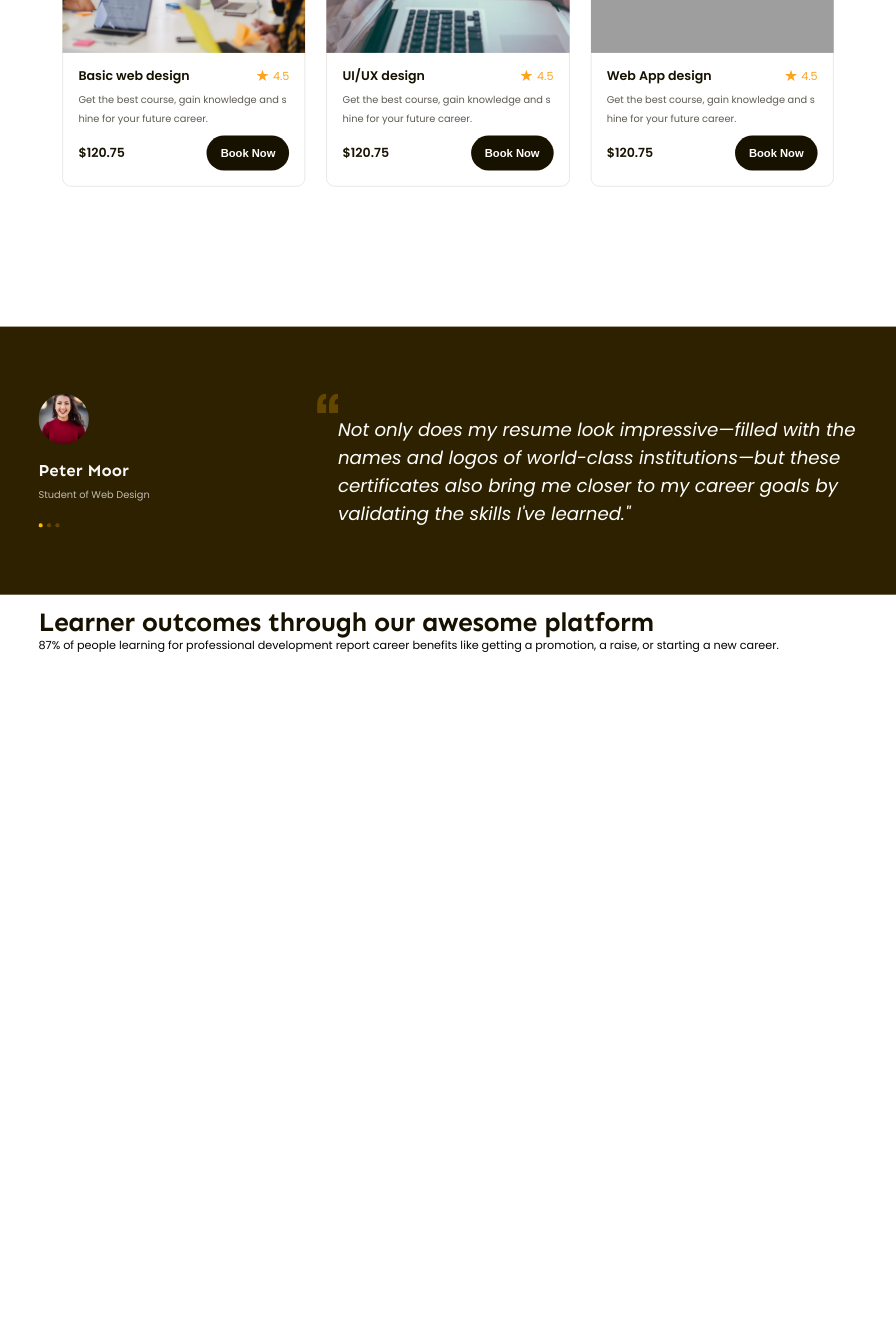
Repository: anhtien111198/f8-htmlcss-02
Page: index.html
These files come from the project's save history. The page is drawn as it stood at one moment and after the next save; the edit follows.
The browser window is 1280 px wide. The pictures show the part of the page from y = 1482 to 3402 px (the page is 5000 px tall), at 70% of full size.
Pictures or frames that could not be fetched are drawn as grey boxes. A picture or video elsewhere on the page could not be fetched, so the positions and the page height are approximate.

Above is the page before, as saved 2023-05-09 14:58:32.

After the next save:
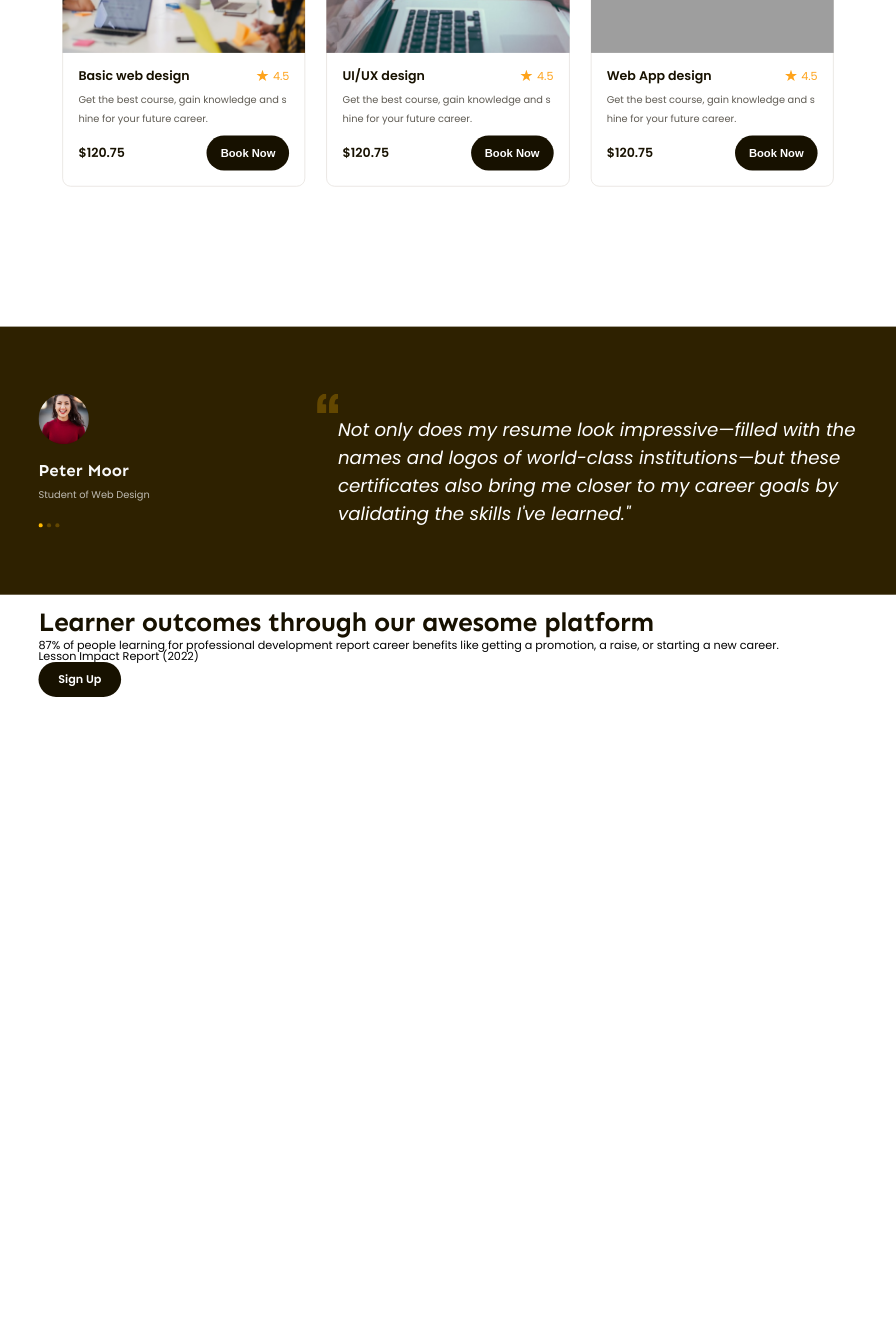
Saved 25 s later.
--- a/index.html
+++ b/index.html
@@ -422,8 +422,8 @@
                             report career benefits like getting a promotion, a
                             raise, or starting a new career.
                         </p>
-                        <p class="desc"></p>
-                        <a href="" class="btn"></a>
+                        <p class="desc">Lesson Impact Report (2022)</p>
+                        <a href="" class="btn">Sign Up</a>
                     </div>
                 </div>
             </div>
